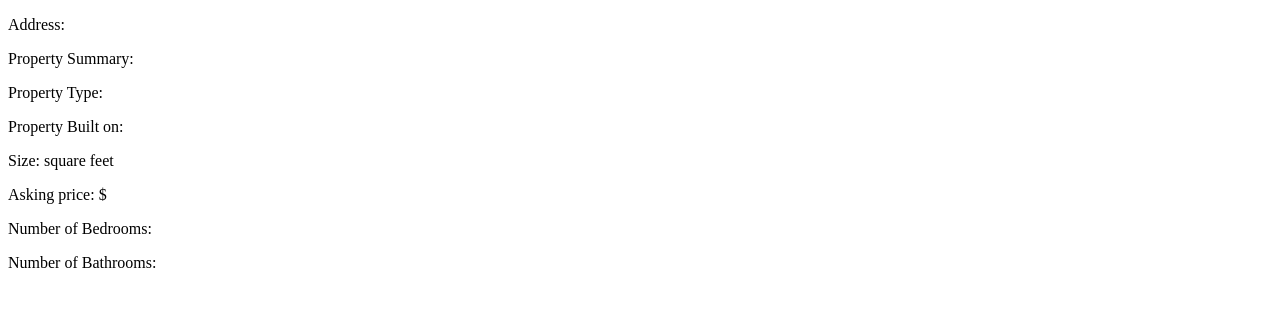
Repository: rickytorrez/test
Page: http://localhost/dcHome/WEB-INF/singleListing.jsp
An editor plug-in stored every save of this project. The page is shown before and after the next save, followed by the edit.
The browser window is 1280 px wide. The pictures show the whole page.
The page is served by Tomcat 9. Nobody is signed in. The template is opened directly, without the code that normally fills it, so the values that code supplies are empty.

Above is the page before, as saved 2018-06-01 21:01:21.

After the next save:
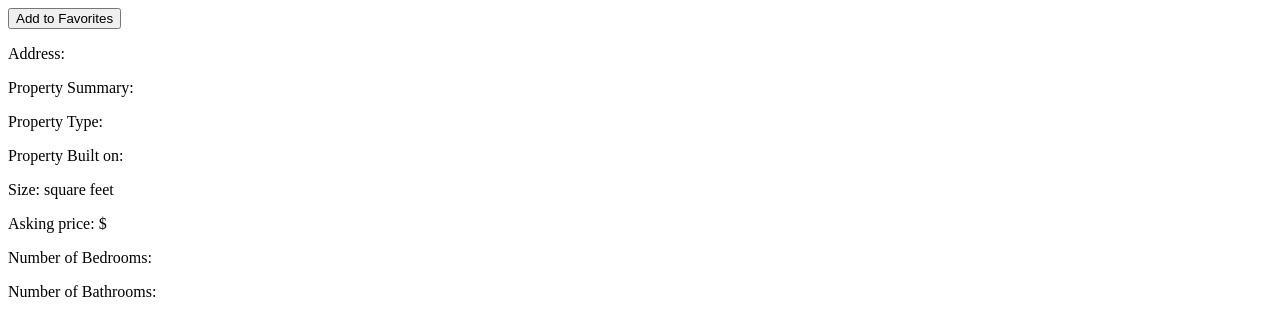
Saved 43 s later.
--- a/dcHome/src/main/webapp/WEB-INF/singleListing.jsp
+++ b/dcHome/src/main/webapp/WEB-INF/singleListing.jsp
@@ -16,6 +16,7 @@
 		<form action="/listing/${listing.id}/add" method="get">
 			<input type="hidden" id="${user.id}" name="${user.id}" />
 			<input type="hidden" id="${listing.id}" name="${listing.id}" />
+			<input type="submit" value="Add to Favorites" />
 		</form>
 
 
